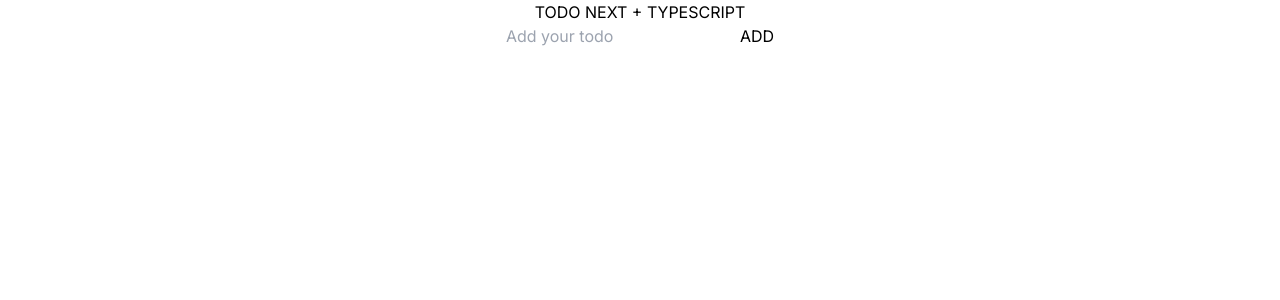
Repository: mehh000/next-ts-todo
Page: /
These files come from the project's save history. The page is drawn as it stood at one moment and after the next save; the edit follows.
The browser window is 1280 px wide. The pictures show the whole page.
The project was rebuilt for these pictures with package versions that can differ from the ones it lists, and the page was loaded fresh each time. The framework's server and built-in components were replaced by stand-ins that run in the browser. Also part of the build but not shown: next.config.mjs.

Above is the page before, as saved 2024-06-15 19:45:52.

### src/app/layout.tsx
import type { Metadata } from "next";
import { Inter } from "next/font/google";
import "./globals.css";
import { TodoProvider } from "./Context/store/add-todos";

const inter = Inter({ subsets: ["latin"] });

export const metadata: Metadata = {
  title: "Create Next App",
  description: "Generated by create next app",
};

export default function RootLayout({
  children,
}: Readonly<{
  children: React.ReactNode;
}>) {
  return (
    <html lang="en">
      <body className={inter.className}>
        <TodoProvider>{children}</TodoProvider>
      </body>
    </html>
  );
}

### src/app/page.tsx
import TODOS from "@/components/TODOS";
import AddTODO from "@/components/add-todo";
import React from "react";

const Page = () => {
  return (
    <main className="flex items-center flex-col" >
      <h2 className="">TODO NEXT + TYPESCRIPT</h2>
      <AddTODO />
      <TODOS />
    </main>
  );
};

export default Page;

### src/app/Context/store/add-todos.tsx
'use client'


import { ReactNode, createContext, useContext, useState } from "react";

export type Todo = {
  id: string;
  task: string;
  completed: boolean;
  createdAt: Date;
};

type TodosContextType = {
  todos: Todo[];
  handleAddTodo: (task: string) => void;
  toggleTodosCompleted: (id: string) => void;
  handleTodoClicke: (id: string) => void;
};

//i made the context now need tp make the Provider
export const todosContext = createContext<TodosContextType | undefined>(
  undefined
);

//this is the  provider

export const TodoProvider = ({children}: { children: ReactNode }) => {
  const [todos, setTodos] = useState<Todo[]>([]);

  const handleAddTodo = (task: string) => {
    const newTodo: Todo = {
      id: Math.random().toString(),
      task,
      completed: false,
      createdAt: new Date(),
    };
    setTodos((prevTodos) => [newTodo, ...prevTodos]);
  };


  const toggleTodosCompleted = (id: string) => {
    setTodos((prevTodos) =>
      prevTodos.map((todo) =>
        todo.id === id ? { ...todo, completed: !todo.completed } : todo
      )
    );
  };

  const handleTodoClicke = (id: string) => {
    setTodos((prevTodos) => prevTodos.filter((todo) => todo.id !== id));
  };

  return (
    <todosContext.Provider value={{
      todos,
     handleAddTodo,
     toggleTodosCompleted,
     handleTodoClicke,
      }}>
      {children}
    </todosContext.Provider>
  );
};
export const useTodoContext = () => useContext(todosContext)

### src/components/TODOS.tsx
"use client";

import React from "react";
import { useTodoContext } from "@/app/Context/store/add-todos";

const TODOS = () => {
  const { todos,toggleTodosCompleted,handleTodoClicke } = useTodoContext();
  const fltertodo = todos;

  return (
    <ul className="">
      {fltertodo.map((todo) => {
        return (
          <li className="" key={todo.id}>
            <input
              type="checkbox"
              name=""
              id={`todo-${todo.id}`}
              checked={todo.completed}
              onChange={() => toggleTodosCompleted(todo.id)}
            />
            <label htmlFor={`todo-${todo.id}`}>{todo.task}</label>
            {todo.completed && (
              <button type="button" onClick={() => handleTodoClicke(todo.id)}>
                Delete
              </button>
            )}
          </li>
        );
      })}
    </ul>
  );
};

export default TODOS;

### src/components/add-todo.tsx
// components/AddTODO.tsx

'use client';

import React, { useState } from "react";
import { useTodoContext } from "@/app/Context/store/add-todos"; // Adjust the path according to your project structure

const AddTODO: React.FC = () => {
  const { handleAddTodo } = useTodoContext();

  const [todo, setTodo] = useState<string>("");

  const handleSubmit = (e: React.FormEvent<HTMLFormElement>) => {
    e.preventDefault();
    handleAddTodo(todo);
    setTodo("");
  };

  return (
    <form onSubmit={handleSubmit} className="">
      <input
        type="text"
        placeholder="Add your todo"
        className=""
        value={todo}
        onChange={(event) => setTodo(event.target.value)}
      />
      <button type="submit" className="">
        ADD
      </button>
    </form>
  );
};

export default AddTODO;

Loaded but not shown: src/app/globals.css (common file); tailwind.config.ts (common file)

After the next save:
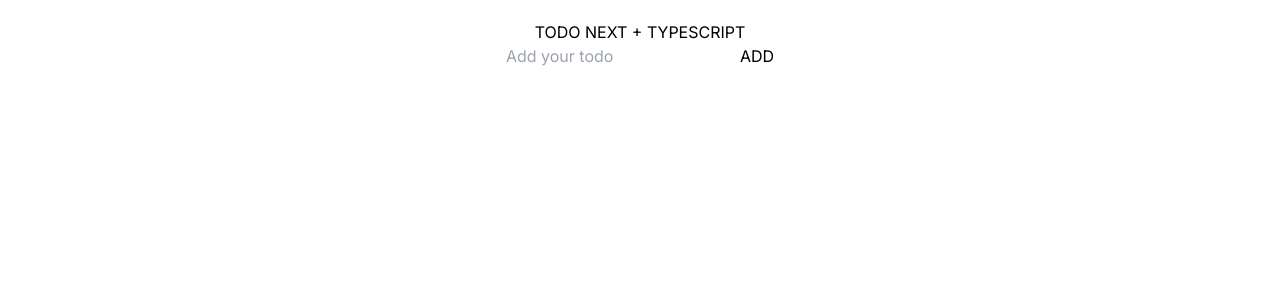
Saved 10 s later.
--- a/src/app/page.tsx
+++ b/src/app/page.tsx
@@ -4,7 +4,7 @@
 
 const Page = () => {
   return (
-    <main className="flex items-center flex-col" >
+    <main className="flex items-center flex-col mt-5" >
       <h2 className="">TODO NEXT + TYPESCRIPT</h2>
       <AddTODO />
       <TODOS />

After the save that followed:
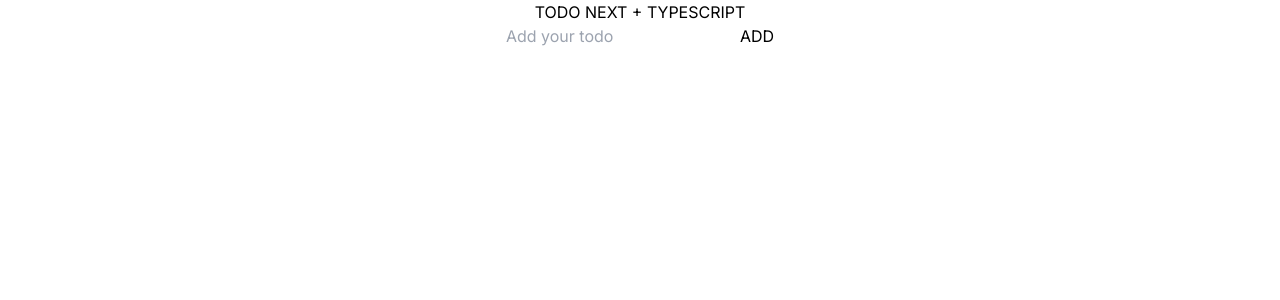
Saved 10 s later.
--- a/src/app/page.tsx
+++ b/src/app/page.tsx
@@ -4,7 +4,7 @@
 
 const Page = () => {
   return (
-    <main className="flex items-center flex-col mt-5" >
+    <main className="flex items-center flex-col mt-" >
       <h2 className="">TODO NEXT + TYPESCRIPT</h2>
       <AddTODO />
       <TODOS />
